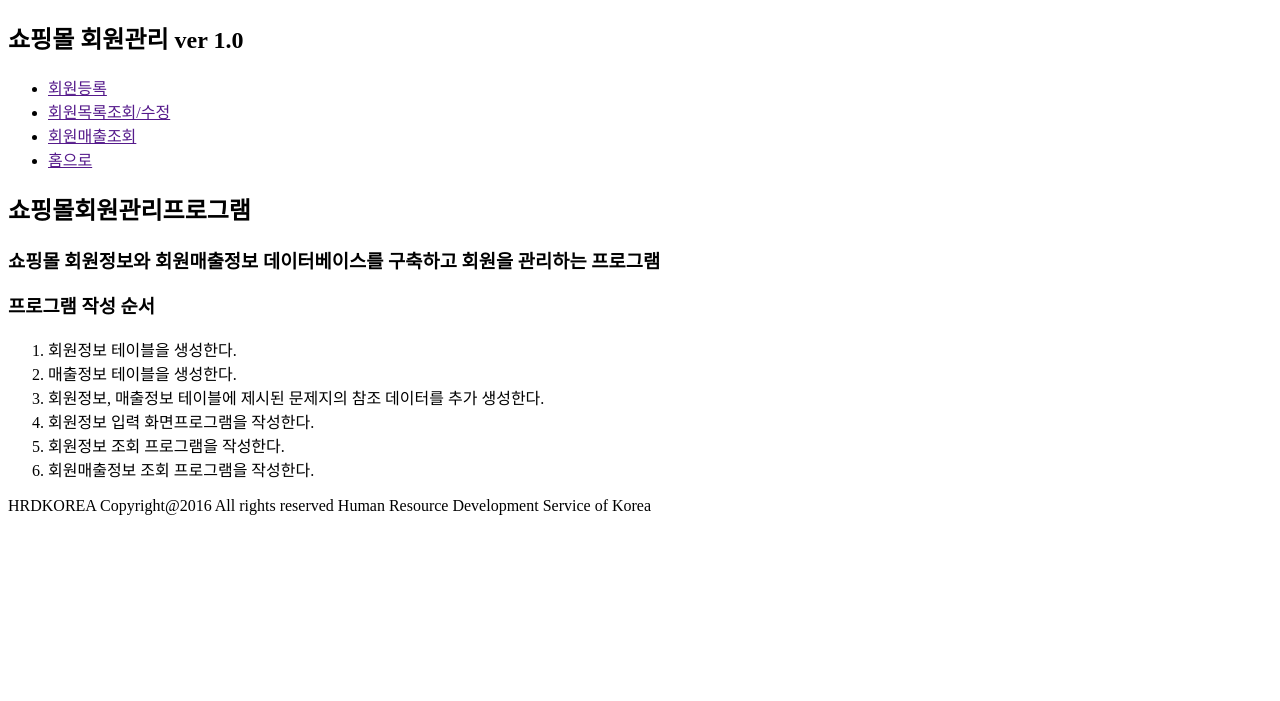
Repository: jsky1234/NCS
Page: http://localhost/HRD_1/admin.jsp
An editor plug-in stored every save of this project. The page is shown before and after a run of saves, followed by the edit.
The browser window is 1280 px wide. The pictures show the whole page.
The page is served by Tomcat 9. Other server files are loaded and not shown.

Above is the page before, as saved 2020-11-10 01:31:34.

### ncs1/HRD_1/WebContent/admin.jsp
<%@ page language="java" contentType="text/html; charset=UTF-8"
    pageEncoding="UTF-8"%>
<!DOCTYPE html>
<html>
<head>
<meta charset="UTF-8">
<title>관리자 모드로 로그인 중</title>
</head>
<body>
<header class="hd">
	<h2 class="tit">쇼핑몰 회원관리 ver 1.0</h2>
</header>
<nav class="gnb">
	<ul>
		<li><a href="">회원등록</a></li>
		<li><a href="">회원목록조회/수정</a></li>
		<li><a href="">회원매출조회</a></li>
		<li><a href="">홈으로</a></li>
	</ul>
</nav>
<main class="content">
	<section class="page" id="page1">
		<h2 class="page_tit">쇼핑몰회원관리프로그램</h2>
		<div class="main_help">
			<h3 class="item_tit1">쇼핑몰 회원정보와 회원매출정보 데이터베이스를 구축하고 회원을 관리하는 프로그램</h3>
			<h3 class="item_tit2">프로그램 작성 순서</h3>
			<ol>
				<li>회원정보 테이블을 생성한다.</li>
				<li>매출정보 테이블을 생성한다.</li>
				<li>회원정보, 매출정보 테이블에 제시된 문제지의 참조 데이터를 추가 생성한다.</li>
				<li>회원정보 입력 화면프로그램을 작성한다.</li>
				<li>회원정보 조회 프로그램을 작성한다.</li>
				<li>회원매출정보 조회 프로그램을 작성한다.</li>
			</ol>
		</div>
	</section>
</main>
<footer class="ft">
	<div class="ft_wrap">
		<div class="admin_copy">
			<p class="copyright">HRDKOREA Copyright@2016 All rights reserved Human Resource Development Service of Korea</p>
		</div>
	</div>
</footer>
</body>
</html>

### ncs1/HRD_1/WebContent/admin_header.jsp
<%@ page language="java" contentType="text/html; charset=UTF-8"
    pageEncoding="UTF-8"%>
<!DOCTYPE html>
<html>
<head>
<meta charset="UTF-8">
<title>관리자 모드로 로그인 중</title>
</head>
<body>
<header class="hd">
	<h2 class="tit">쇼핑몰 회원관리 ver 1.0</h2>
</header>

### ncs1/HRD_1/WebContent/css/main.css
@charset "UTF-8";

* { margin: 0; padding: 0; }
body, html { width: 100%; height: 100%; }
ul { list-style : none; }
a { text-decoration: none; }
button, label, input { outline: 0; border: 0; user-select: none; }
img { border: 0; }
ol { padding: 30px; }

.hd { clear: both; min-height: 180px; background-color: #333; }
.tit { font-size: 48px; text-align: center; line-height: 140px; color: #fff; padding-top: 15px;}
.gnb { clear: both; height: 40px; background-color: #cccccc; }
.gnb li { float: left; min-width: 120px; width: auto; }
.gnb a { display:block; text-align: center; line-height: 40px; width: 200px; height: 40px; color: #000000; font-weight: 700; border-left: 1px solid #666666; }
.gnb li:last-child { border-right: 1px solid #666666; }

.page { clear: both; padding: 30px 0 30px 0; }
.page_tit { text-align: center; font-size: 40px; }
.item_tit1 { font-size: 24px; margin-top: 30px; }
.item_tit2 { font-size: 18px; margin-top: 40px;}

.ft { clear: both; position: absolute;  width: 100%; bottom: 0; min-height:80px; height: 140px; background-color: #333; }
.copyright { color: #fff; font-size: 20px; text-align: center; margin-top: 20px; line-height: 100px;}

After the next 3 saves:
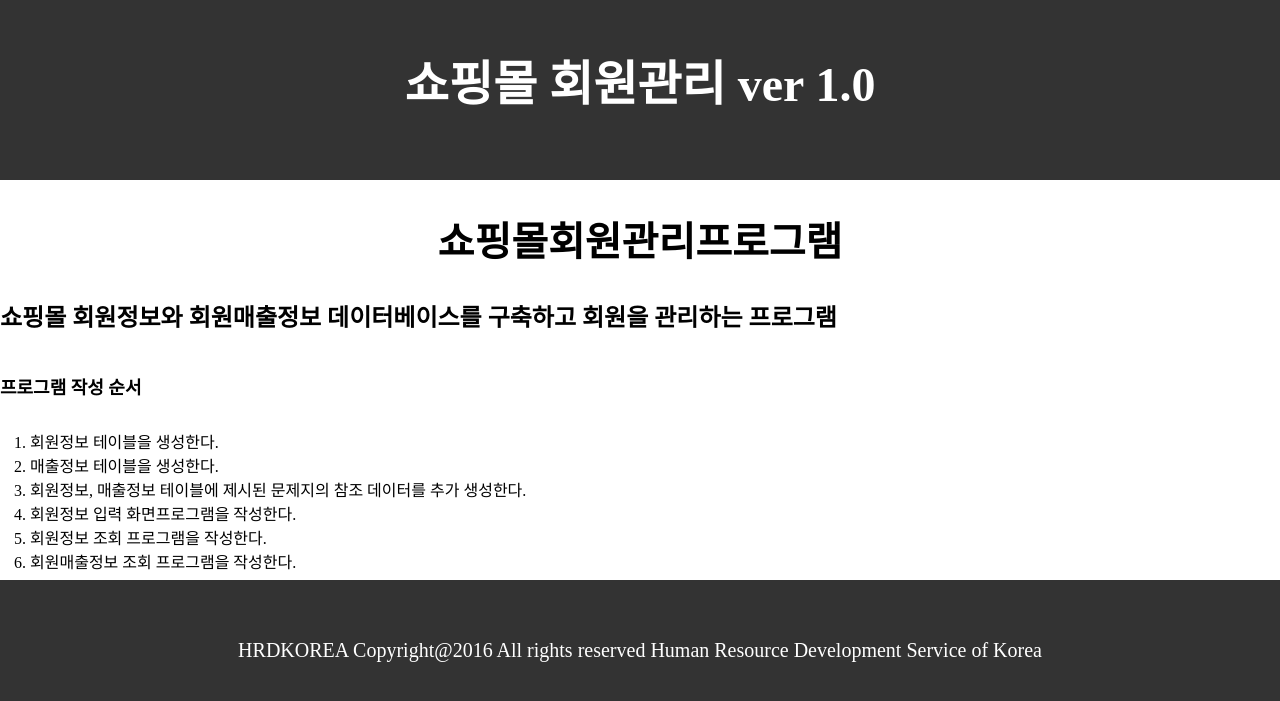
The 3 saves are shown as one change because 2 did not build or start.
The last was saved 3 min 15 s later.
--- a/ncs1/HRD_1/WebContent/admin.jsp
+++ b/ncs1/HRD_1/WebContent/admin.jsp
@@ -1,23 +1,6 @@
 <%@ page language="java" contentType="text/html; charset=UTF-8"
     pageEncoding="UTF-8"%>
-<!DOCTYPE html>
-<html>
-<head>
-<meta charset="UTF-8">
-<title>관리자 모드로 로그인 중</title>
-</head>
-<body>
-<header class="hd">
-	<h2 class="tit">쇼핑몰 회원관리 ver 1.0</h2>
-</header>
-<nav class="gnb">
-	<ul>
-		<li><a href="">회원등록</a></li>
-		<li><a href="">회원목록조회/수정</a></li>
-		<li><a href="">회원매출조회</a></li>
-		<li><a href="">홈으로</a></li>
-	</ul>
-</nav>
+<%@ include file="admin_header.jsp" %>
 <main class="content">
 	<section class="page" id="page1">
 		<h2 class="page_tit">쇼핑몰회원관리프로그램</h2>
--- a/ncs1/HRD_1/WebContent/admin_header.jsp
+++ b/ncs1/HRD_1/WebContent/admin_header.jsp
@@ -1,9 +1,11 @@
 <%@ page language="java" contentType="text/html; charset=UTF-8"
     pageEncoding="UTF-8"%>
+<% request.setCharacterEncoding("utf-8"); %>
 <!DOCTYPE html>
 <html>
 <head>
 <meta charset="UTF-8">
+<link rel="stylesheet" href="./css/main.css" />
 <title>관리자 모드로 로그인 중</title>
 </head>
 <body>
